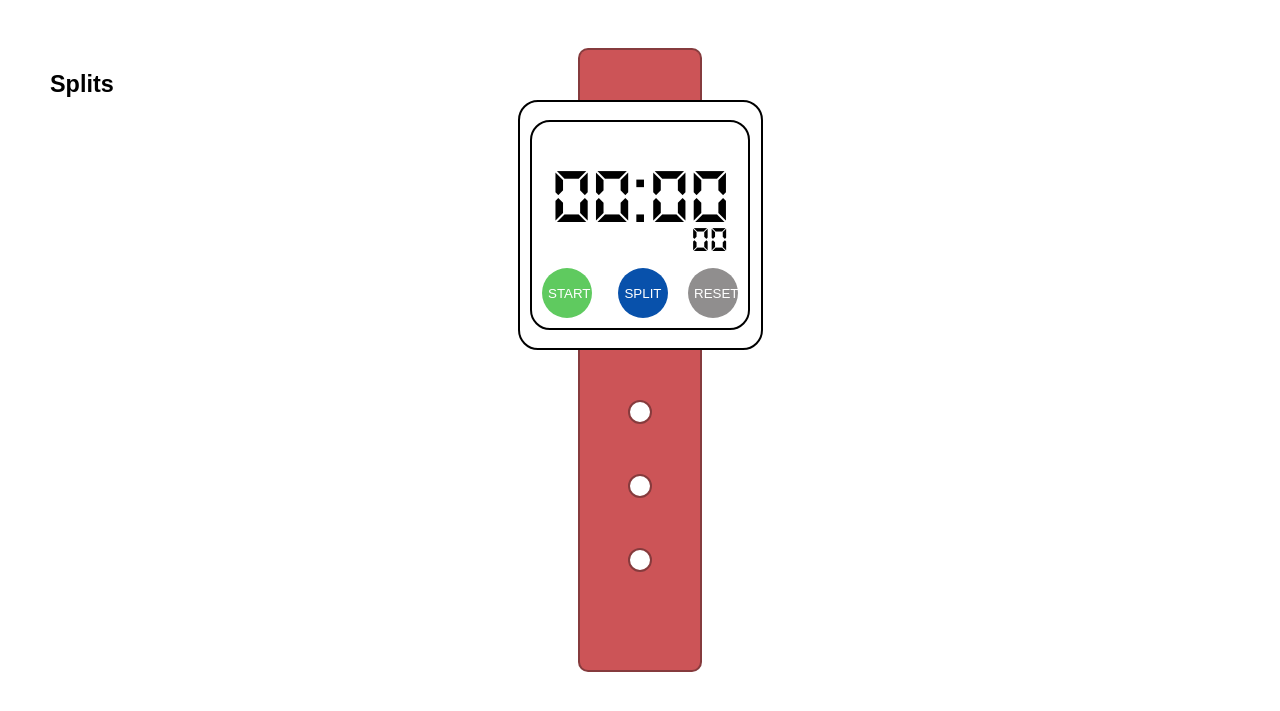
Repository: konstantin0s/lab-chronometer
Page: index.html
The author's editor kept a copy of each file at every save. The page is drawn from the files as they stood at one save, then again after the next save.
The browser window is 1280 px wide. The pictures show the whole page.

Above is the page before, as saved 2019-02-05 14:38:51.

### index.html
<!DOCTYPE html>
<html lang="en">
<head>
  <meta charset="UTF-8">
  <meta name="viewport" content="width=device-width, initial-scale=1.0">
  <meta http-equiv="X-UA-Compatible" content="ie=edge">
  <title>Chronometer</title>
  <link rel="stylesheet" href="stylesheets/styles.css">
</head>
<body>

  <section id="splits-container">
    <h3>Splits</h3>
    <ol id="splits">
    </ol>
  </section>

  <div class="leash leash-top"></div>

  <section id="clock">
    <div id="sphere">
      <span id="minDec" class="number">0</span><span id="minUni" class="number"></span><span>:</span><span id="secDec" class="number"></span><span id="secUni" class="number"></span>

      <div id="milliseconds">
        <span id="milDec">0</span><span id="milUni">0</span>
      </div>

      <button id="btnLeft" class="btn start">START</button> <button id="btnRight" class="btn reset">RESET</button> <button id="btnSplit" class="btn split">SPLIT</button>
    </div>
  </section>

  <div class="leash leash-bottom">
    <div class="hole"></div>
    <div class="hole"></div>
    <div class="hole"></div>
  </div>


  <!-- <script src="javascripts/utils.js"></script>
  <script src="javascripts/chronometer.js"></script>
  <script src="javascripts/main.js"></script> -->
  <script src="javascript/chronometer.js"></script>
  <script src="javascript/main.js"></script>
</body>
</html>

### stylesheets/styles.css
@font-face {
  font-family: "Digi";
  src: url("fonts/ds-digib.ttf");
}

body {
  font-family: Arial;
  font-size: 80px;
  font-weight: bold;
  padding: 40px 0;
}

#clock {
  border: 2px solid #000;
  border-radius: 20px;
  box-sizing: border-box;
  height: 250px;
  margin: 0 auto;
  padding: 18px 0;
  width: 245px;
}

#sphere {
  border: 2px solid #000;
  border-radius: 20px;
  box-sizing: border-box;
  font-family: "Digi";
  font-size: 80px;
  height: 210px;
  margin: 0 auto;
  padding: 35px 0;
  position: relative;
  text-align: center;
  width: 220px;
}

#splits-container {
  font-size: 20px;
  font-weight: 100;
  position: absolute;
  left: 50px;
}

#splits-container li {
  padding-bottom: 5px;
  text-align: right;
}

#milliseconds {
  font-size: 36px;
  margin-top: -15px;
  position: absolute;
  right: 20px;
}

.leash {
  background: rgb(204, 84, 87);
  border: 2px solid rgb(134, 59, 61);
  height: 50px;
  margin: 0 auto;
  width: 120px;
}

.leash-top {
  border-bottom: 0;
  border-top-left-radius: 10px;
  border-top-right-radius: 10px;
}

.leash-bottom {
  border-bottom-left-radius: 10px;
  border-bottom-right-radius: 10px;
  border-top: 0;
  height: 270px;
  padding-top: 50px;
}

.hole {
  background: #fff;
  border: 2px solid rgb(134, 59, 61);
  border-radius: 100%;
  height: 20px;
  margin: 0 auto 50px;
  width: 20px;
}

.number {
  display: inline-block;
  width: 40px;
}

.btn {
  border: 0;
  border-radius: 100%;
  bottom: 10px;
  color: #fff;
  cursor: pointer;
  height: 50px;
  outline: 0;
  position: absolute;
  width: 50px;
}

.btn.start,
.btn.stop {
  left: 10px;
}

.btn.reset {
  right: 10px;
}

.btn.split {
  right: 80px;
}


.btn.start { background: #5fca5f; }
.btn.stop  { background: #f14949; }
.btn.reset { background: #908e8e; }
.btn.split { background: #0851ab; }

### javascript/chronometer.js

// var time = 0;
// var running = 0;

// function startPause() {
//   if (running == 0) {
//     running = 1;
//     increment();
//     document.getElementById("startPause").innerHTML = "Pause";
//   } else {
//     running = 0;
//     document.getElementById("startPause").innerHTML = "Resume";
//   }
// }

// function reset() {
//   running = 0;
//   time = 0;
//   document.getElementById("startPause").innerHTML = "Start";
// }

// function increment() {
//   if (running == 1) {
//    setTimeout(function() {
//     time++;
//     var seconds = Math.floor(time/10/60);
//     var minutes = Math.floor(time/10/60);
//      var tenth = time % 10;
//      if (minutes < 10); {
//        minutes = "0" + minutes;
//      }  if (seconds < 10);
//     seconds = "0" + seconds;
//     increment();
//   document.getElementById("output").innerHTML = minutes + ":" + seconds + ":" + "0" + tenth;

//    }, 100);
//   }
//   }

// function startPause() {
//   if (running == 0) {
//     running = 1;
//     increment();
//     document.getElementById("startPause").innerHTML = "Pause";
//   } else {
//     running = 0;
//     document.getElementById("startPause").innerHTML = "Resume";
//   }
// }


// function timer() {
//   currentTime = setTimeout(start, 1000);
// }
// timer();

// function start() {
//   seconds++;
//   if (seconds >= 60) {
//     seconds = 0;
//     minutes++;
//     if (minutes >= 20) {
//         minutes = 0;
//     }
//   }
// }


// // Constructor
// function Chronometer() {

// this.currentTime = 0;
// this.intervalId = 0;

// }

// // The setInterval will be assigned to our intervalId property,
// //  this way we will be able to clear it later on.

// Chronometer.prototype.startClick = function () {
//     this.startClick = function() {
//     // var seconds = 0;
//     intervalId = setInterval(function(){
//     currentTime++; }, 1000);

//      }

    //  var myChronometer = {
    //    seconds: 0,
    //    minuts: 0,
    //    intervalId: 0,
    //    startClick: function() {
    //          this.intervalId = setInterval(function() {
    //            this.seconds++;
    //          }.bind(this),1000);
    //    },
    //    setMinutes: function() {
    //      this.seconds++
    //    },

    //  }

    // console.log(seconds);
// };

// Chronometer.prototype.setMinutes = function () {

// };

// Chronometer.prototype.setSeconds = function () {

// };

// Chronometer.prototype.twoDigitsNumber = function () {

// };

// Chronometer.prototype.setTime = function () {

// };

// Chronometer.prototype.setMilliseconds = function () {

// };

// Chronometer.prototype.stopClick = function () {

// };

// Chronometer.prototype.resetClick = function () {

// };

// Chronometer.prototype.splitClick = function () {

// };

### javascript/main.js
// var chronometer = new Chronometer();
var btnLeft     = document.getElementById('btnLeft');
var btnRight    = document.getElementById('btnRight');
var minDec      = document.getElementById('minDec');
var minUni      = document.getElementById('minUni');
var secDec      = document.getElementById('secDec');
var secUni      = document.getElementById('secUni');
var milDec      = document.getElementById('milDec');
var milUni      = document.getElementById('milUni');

// var secUnit     = document.getElementById('secUni').innerHTML;

// console.log(secUnit);

// // if (secUnit == 0) {
// //   secUnit.innerHTML =
// // }

var currentTime = 0; //takes split time..
var intervalId = 0;  //0stop; 1 running.
var seconds= 0;
var minutes = 0;


function twoDigits(number) {
  if (number < 10) {
    return "0" + number;
  }
  return number;
}

var intervalRef = null;

//add 00 on the html before starts counting.
secDec.innerHTML = "0" + seconds;
minDec.innerHTML = "0" + minutes;

 btnLeft.addEventListener("click", function(event) {
   event.preventDefault();
      if (intervalId == 0) { //start if pause
         intervalRef = setInterval(function() {
         intervalId = 1;
         seconds++;
         secDec.innerHTML = twoDigits(seconds);
         btnLeft.innerHTML = "STOP";
         btnLeft.setAttribute("class", "btn stop");
      if (seconds === 60) {
         seconds = 0;
         minutes++;
         minDec.innerText = twoDigits(minutes);
         secDec.innerText = "0" + seconds;
      if (minDec === 60) {
         minutes = 0;
         }
      }

    }, 100);
  }  else { //pause if started
       clearInterval(intervalRef);  //pause chronometer
       btnLeft.innerHTML = "START";
       btnLeft.setAttribute("class", "btn start");
       intervalId = 0; // continue chronometer from it's pause point.
  }
});

btnRight.addEventListener("click", function() {
  reset();
});

function reset() {
    clearInterval(intervalRef);
    intervalId = 0;
    seconds = 0;
    minutes = 0;
    btnLeft.innerHTML = "START";
    // sets values of them to 00 after reset
    minDec.innerHTML = "0" + minutes;
    secDec.innerHTML = "0" + seconds;
}

After the next save:
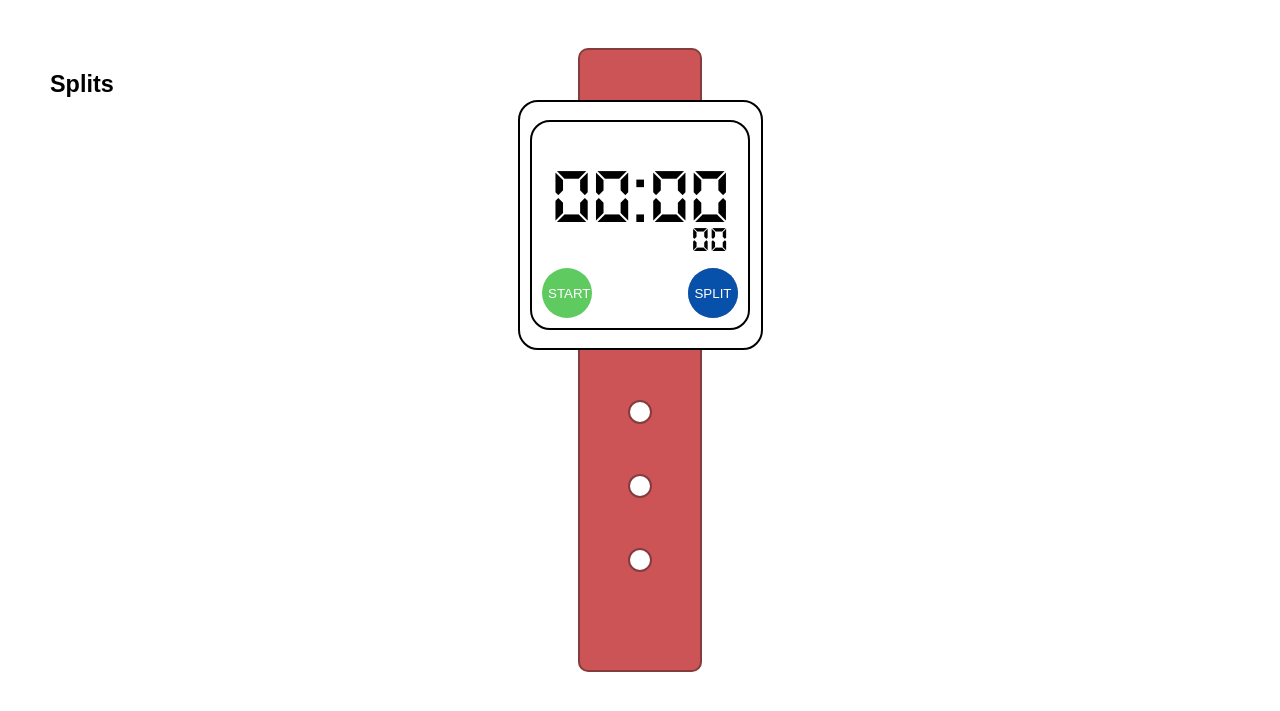
Saved 31 s later.
--- a/stylesheets/styles.css
+++ b/stylesheets/styles.css
@@ -106,13 +106,13 @@ body {
   left: 10px;
 }
 
-.btn.reset {
+.btn.reset, .btn.split {
   right: 10px;
 }
 
-.btn.split {
+/* .btn.split {
   right: 80px;
-}
+} */
 
 
 .btn.start { background: #5fca5f; }
